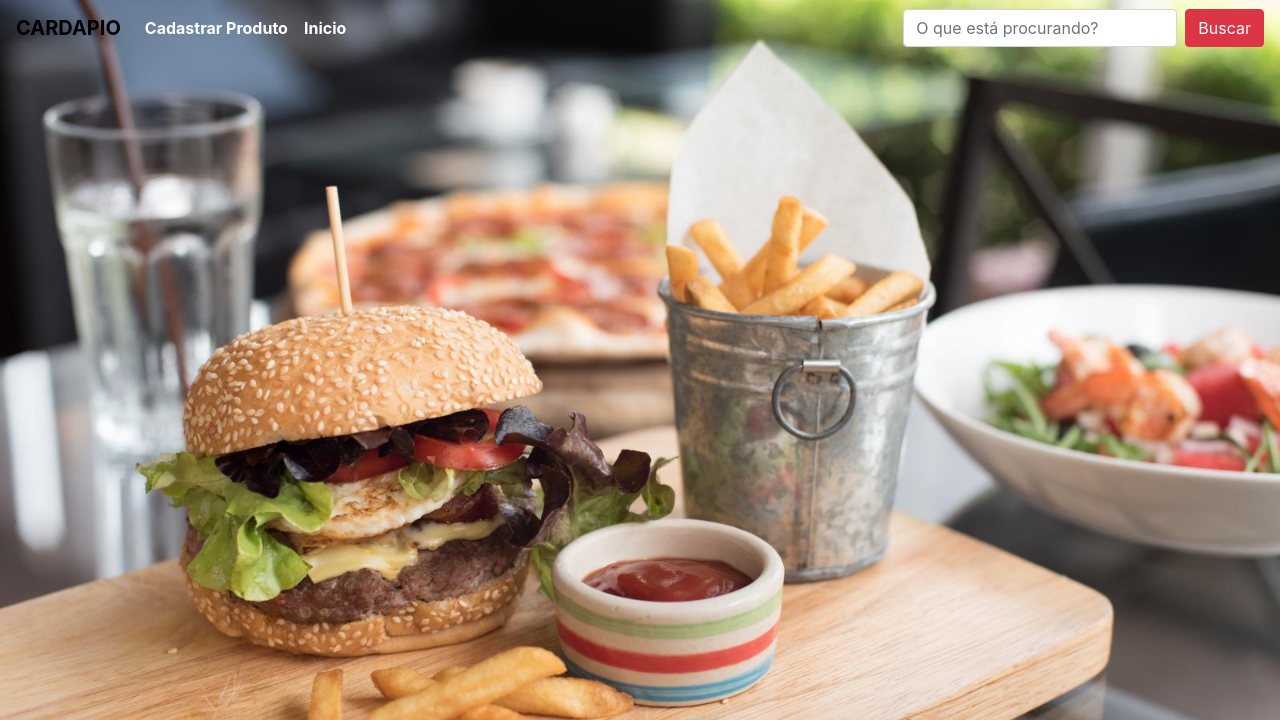
Repository: AnaMassaro/projetoRestaurante
Page: http://localhost/WEBRes/controleProduto.jsp
These files come from the project's save history. The page is drawn as it stood at one moment and after the next save; the edit follows.
The browser window is 1280 px wide. The pictures show the whole page.
The page is served by Tomcat 9. Queries for data that is not in the repository find no rows.

Above is the page before, as saved 2019-12-16 12:33:04.
Console error: TypeError: Cannot read properties of undefined (reading 'fn')
Not found: WEBRes/WEBRes/style.css

After the next save:
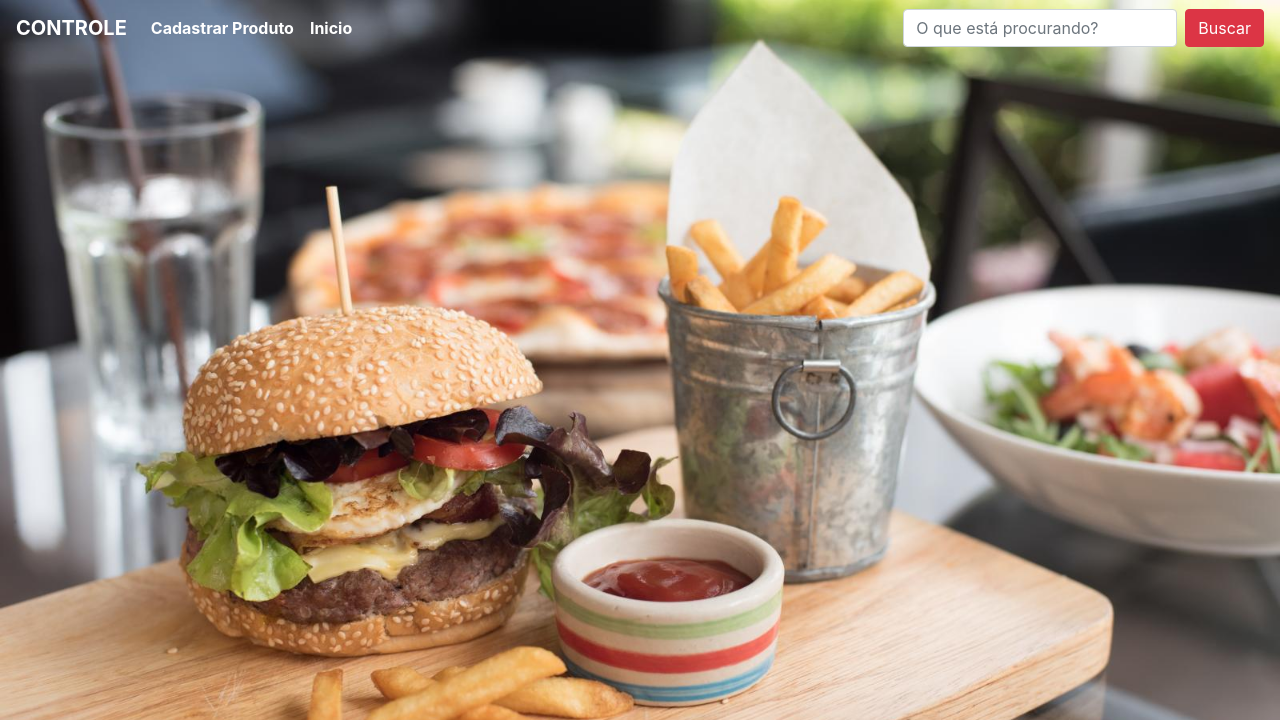
Saved 18 s later.
--- a/WEBRes/WebContent/controleProduto.jsp
+++ b/WEBRes/WebContent/controleProduto.jsp
@@ -49,7 +49,7 @@
 <body>
 
      <nav class="navbar navbar-expand-lg">
-                <a class="navbar-brand" href="#" id="escola" style="color: black; font-weight: bold;">CARDAPIO</a>
+                <a class="navbar-brand" href="#" id="escola" style="color: white; font-weight: bold;">CONTROLE</a>
                     <button class="navbar-toggler" type="button" data-toggle="collapse" data-target="#navbarSupportedContent" aria-controls="navbarSupportedContent" aria-expanded="false" aria-label="Toggle navigation">
                       <span class="navbar-toggler-icon"></span>
                    </button>
